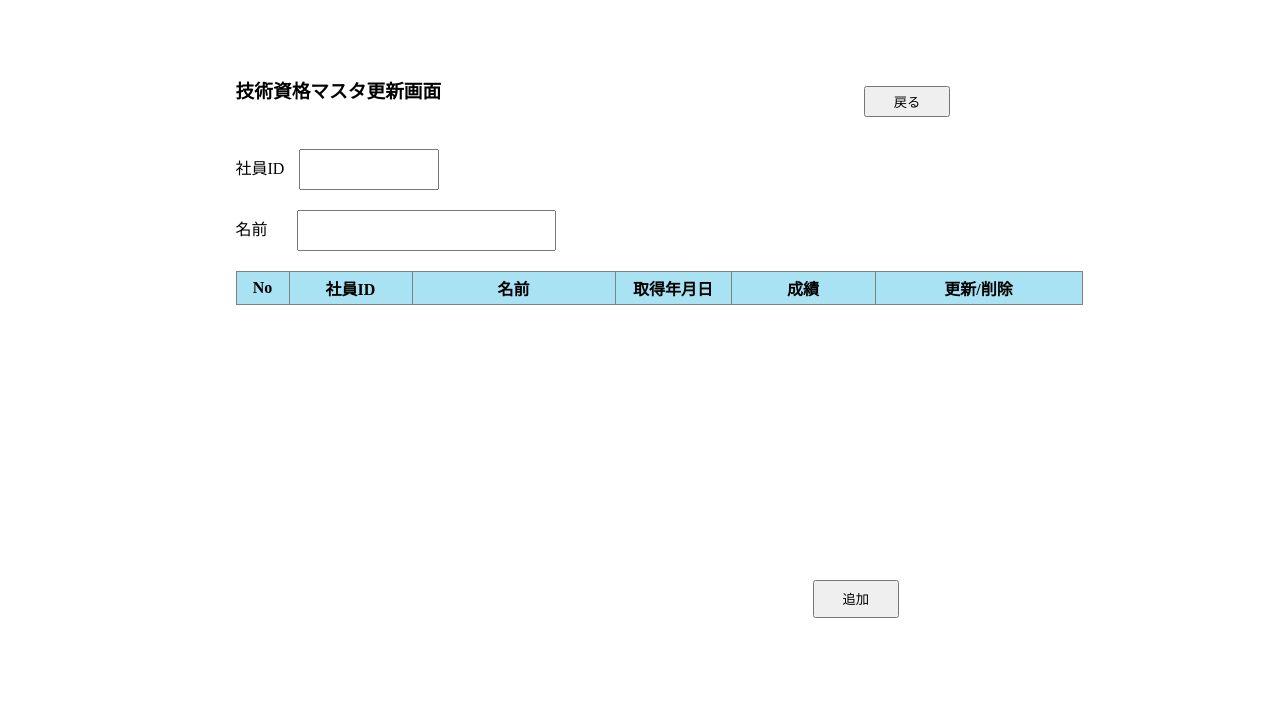
Repository: nguyenvantandev/WebApp
Page: http://localhost/EmployeeInfoSystem/SkillUpdate.jsp
The author's editor kept a copy of each file at every save. The page is drawn from the files as they stood at one save, then again after the next save.
The browser window is 1280 px wide. The pictures show the whole page.
Some web libraries are served in a nearby version. The page is served by Tomcat 9.

Above is the page before, as saved 2016-06-08 04:38:31.

After the next save:
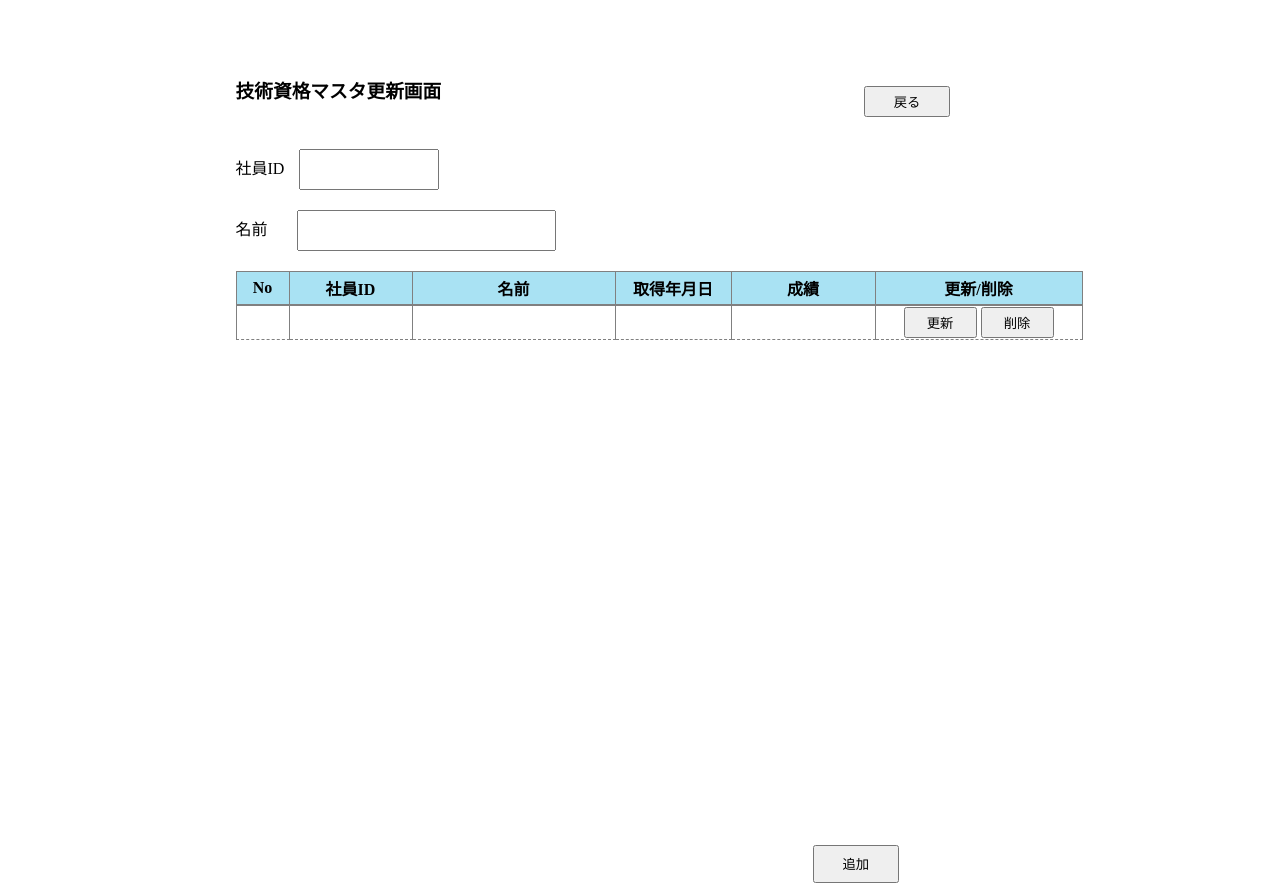
Saved 52 s later.
--- a/EmployeeInfoSystem/WebContent/SkillUpdate.jsp
+++ b/EmployeeInfoSystem/WebContent/SkillUpdate.jsp
@@ -34,6 +34,20 @@
 							<th style="width: 204px" align="center">更新/削除</th>
 						</tr>
 					</thead>
+					<!--  -->
+												<tr>
+								<td style="width: 50px" align="center"><c:out value="${row.num}" /></td>
+								<td style="width: 120px" align="center"><c:out value="${row.shainid}"></c:out></td>
+								<td style="width: 200px" align="center"><c:out value="${row.namae}"></c:out></td>
+								<td style="width: 113px" align="center"><c:out value="${row.shutokuday}"></c:out></td>
+								<td style="width: 141px" align="center"><c:out value="${row.seiseki}"></c:out></td>
+								<td style="width: 204px" align="center">
+								<input type="button" id="koushin" name="koushin" value="更新" onclick="pop('popDivUpdate')">
+									<input  type="button" id="sakujo" name="sakujo" value="削除">
+								</td>
+
+							</tr>
+					<!--  -->
 					<tbody>
 						<c:forEach var="row" items="${memberList}">
 							<tr>
